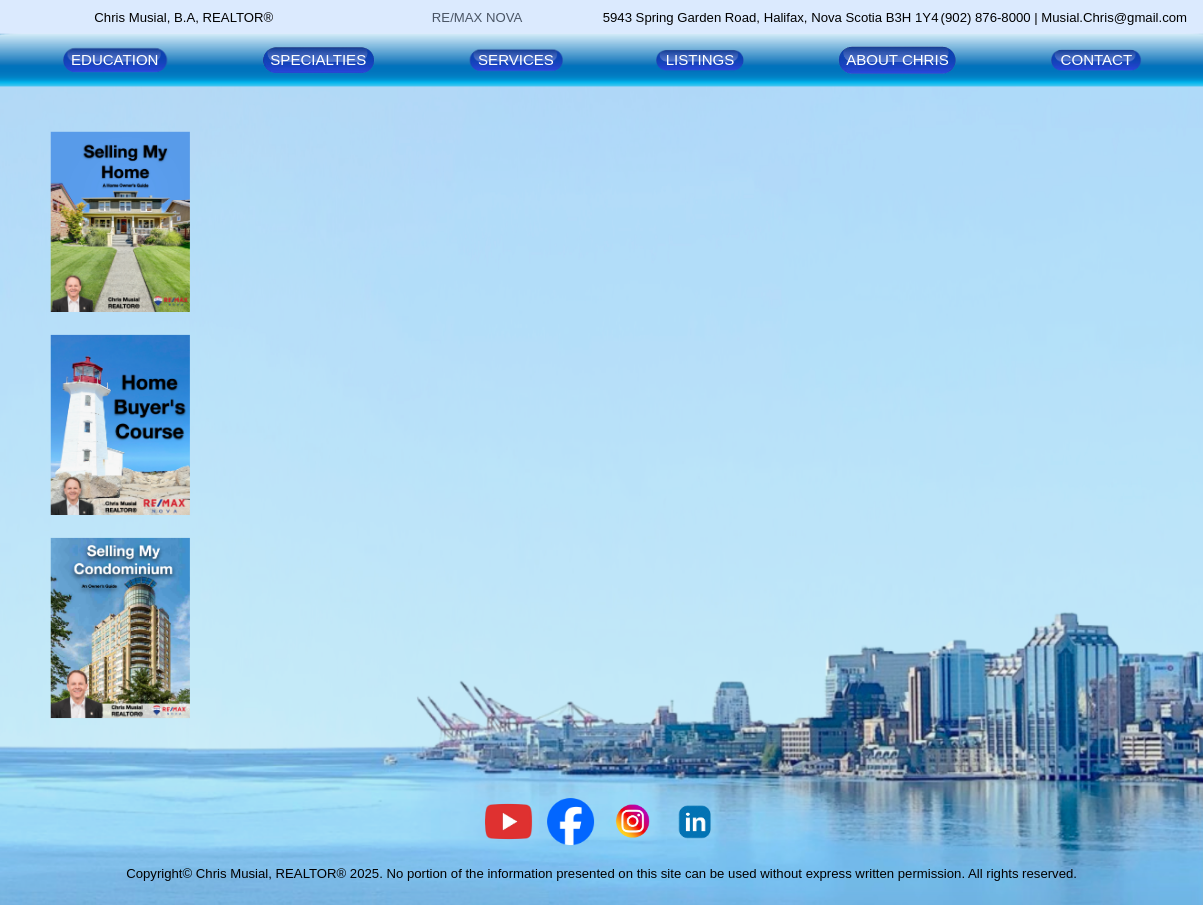
Repository: TMuse333/father-website
Page: / (app in frontend/)
The author's editor kept a copy of each file at every save. The page is drawn from the files as they stood at one save, then again after the next save.
The browser window is 1280 px wide. The pictures show the whole page, at 94% of full size.
The project was rebuilt for these pictures with package versions that can differ from the ones it lists, and the page was loaded fresh each time. The framework's server and built-in components were replaced by stand-ins that run in the browser. Also part of the build but not shown: frontend/next.config.ts.

Above is the page before, as saved 2025-05-24 15:58:56.

### frontend/src/app/page.tsx
import { Metadata } from "next";



import Homepage from "@/components/homepage/homepage";

export const metadata: Metadata = {
  title: "Chris Musial | Halifax Real Estate Agent",
  description:
    "Chris Musial is a dedicated RE/MAX Nova real estate agent in Halifax, Nova Scotia, offering personalized services for buying, selling, and investing in properties.",
  keywords: [
    "Chris Musial",
    "Halifax real estate agent",
    "Real estate Halifax Nova Scotia",
    "RE/MAX Nova agent",
    "Halifax property services",
  ],
  openGraph: {
    title: "Chris Musial | Halifax Real Estate Agent",
    description:
      "Explore professional real estate services with Chris Musial at RE/MAX Nova in Halifax, Nova Scotia, for all your property needs.",
    url: "https://www.ChrisMusial.realtor",
    images: [
      {
        url: "https://www.ChrisMusial.realtor/father-header.png",
        width: 1200,
        height: 630,
        alt: "Chris Musial | RE/MAX Nova Real Estate Agent Halifax",
      },
    ],
    type: "website",
    locale: "en_US",
    siteName: "Chris Musial | Halifax Real Estate Agent",
  },
  icons: {
    icon: ["/favicon.ico?v=4"],
  },
};

export default function Home() {






  return (
<Homepage/>
  );
}

### frontend/src/components/homepage/homepage.tsx
"use client";

import Image from "next/image";


import { motion } from "framer-motion";

import Navbar from "@/components/navbar/navbar";
import Link from "next/link";
const Homepage = () => {




  const socialMedia = [
    {
      name: "YouTube",
      url: "https://www.youtube.com/@ChrisMusialMarketingDirector",
      image: "/YouTube.png",
    },
    {
      name: "Facebook",
      url: "https://www.facebook.com/Musial.Chris/",
      image: "/facebook.png",
    },
    {
      name: "Instagram",
      url: "https://www.instagram.com/chris_musial_real_estate/",
      image: "/instagram-logo.png",
    },
    {
      name: "LinkedIn",
      url: "https://www.linkedin.com/in/musialchris/?originalSubdomain=ca",
      image: "/linkedin-logo.png",
    },
  ];

  return (
    <div className="min-h-screen bg-gray-100 text-black flex flex-col relative">
      {/* Background Image */}
      <Image
        src="/portrait.png"
        alt="Cityscape Background"
        fill
        className="object-cover z-0"
        priority
        style={{ objectPosition: "0 100%" }}
      />

      {/* Header Section */}
      <header className="relative z-10 bg-white">
        <div className="relative w-screen h-[] ">
          <Image
            src="/father-header.webp"
            alt="Chris Musial Realtor"
            fill
            className="object-contain
            mx-auto w-screen"
            priority
          />
          {/* <div className=" absolute left-1/2 -translate-x-1/2
          top-1/2 flex flex-col">
             <h1 className="text-2xl font-bold text-black text-center  flex items-center justify-center z-[2]">
            Chris Musial
            <br/>REALTOR
          </h1> */}

          {/* <Image
          width={600}
          height={1300}
          src="/signature.png"
          alt='Chris musial signature'
          className="object-cover
          w-[40vw] max-w-[200px] mx-auto

         "
          />
          </div> */}


        </div>
        <div className="w-screen mx-auto flex flex-col sm:flex-row justify-between items-center bg-white shadow
       bg-blue-200">
          <div className="flex flex-col
          py-2  bg-blue-100 md:flex-row justify-between items-center w-full px-4 text-center
          max-w-[2000px]">
            <div className="flex flex-col md:flex-row text-xs md:text-sm md:w-1/2 justify-around mb-4 md:mb-0">
              <p>Chris Musial, B.A, REALTOR®</p>
              <p className="text-gray-600">RE/MAX NOVA</p>
            </div>
            <div className="flex flex-col md:flex-row text-xs md:text-sm md:w-1/2 justify-around">
              <p>5943 Spring Garden Road, Halifax, Nova Scotia B3H 1Y4</p>
              <p>(902) 876-8000 | Musial.Chris@gmail.com</p>
            </div>
          </div>
        </div>
      </header>

      {/* Navigation Section */}
     <Navbar
     excludedLink="Home"
     />


      {/* Brochure Section */}
      <section className="py-12 px-0 relative z-10">
      {/* <h2 className="text-3xl font-bold text-black mb-8 pl-4 md:pl-8">Resources</h2> */}
      <div className="flex flex-col gap-6 w-full md:w-48 ml-0 pl-4 md:pl-8">
        {[
          { src: "/home.png", alt: "Home Buyer's Course",
        link:'/SellingMyHome' },
          { src: "/buyer.png", alt: "Selling My Home",
          link:'/HomeBuyersCourse' },
          { src: "/condo.png", alt: "Selling My Condominium",
          link:'/SellingMyCondo' },
        ].map((item, index) => (
          <motion.div
            key={item.alt}
            className="relative w-48 h-48
            hover:scale-[1.1] transition-transform"
            initial={{ opacity: 0, x: -20 }}
            animate={{ opacity: 1, x: 0 }}
            transition={{ duration: 0.5, delay: index * 0.2 }}
          >
            <Link href={item.link}>


            <Image
              src={item.src}
              alt={item.alt}
              fill
              className="object-contain rounded-lg"
            />
            </Link>
          </motion.div>
        ))}
      </div>
    </section>

      {/* Contact Section */}
      {/* <section className="max-w-7xl mx-auto py-12 px-4 relative z-10">
        <h2 className="text-3xl font-bold text-black mb-8">Contact Me</h2>
        <p className="pr-10 w-full text-lg text-gray-700 mb-8">
          Fill out this form with your project details, and we’ll respond promptly
          to discuss elevating your online presence and taking your business{" "}
          <span className="font-semibold">to the next level.</span>
        </p>
        <form className="max-w-lg">
          <input
            type="text"
            placeholder="Your Name"
            className="w-full p-3 mb-4 border rounded"
          />
          <input
            type="email"
            placeholder="Your Email"
            className="w-full p-3 mb-4 border rounded"
          />
          <textarea
            placeholder="Your Project Details"
            className="w-full p-3 mb-4 border rounded"
          ></textarea>
          <button
            type="submit"
            className="bg-blue-600 text-white p-3 rounded hover:bg-blue-700"
          >
            Submit
          </button>
        </form>
      </section> */}

      {/* Footer Section */}
      <footer className="py-6 relative z-10 text-black
        ">
        <div className="max-w-7xl mx-auto px-4 flex flex-col items-center">
        <div className="flex space-x-4 mb-2">
            {socialMedia.map((platform) => (
              <a
                key={platform.name}
                href={platform.url}
                target="_blank"
                rel="noopener noreferrer"
                className="hover:scale-[1.1] transition-all"
              >
                <Image
                  src={platform.image}
                  alt={`${platform.name} Logo`}
                  width={32}
                  height={32}

                  className={` transition-transform duration-300 object-contain ${
                    platform.name === "instagram" ? "w-[100px] h-[100px] scale-[2] hover:scale-[2.5]" : "w-[50px] hover:scale-110 h-[75px]"
                  }`}
                />
              </a>
            ))}
          </div>
          <p className="text-sm text-center">
            Copyright© Chris Musial, REALTOR® 2025. No portion of the information
            presented on this site can be used without express written permission.
            All rights reserved.
          </p>
        </div>
      </footer>
    </div>
  );
}

export default Homepage

### frontend/src/components/navbar/navbar.tsx

"use client";

import React, { useState } from "react";
import { Menu, X } from "lucide-react";
import Link from 'next/link'

interface NavbarProps {
  excludedLink?: string;
}

const Navbar: React.FC<NavbarProps> = ({ excludedLink }) => {
  const [isMenuOpen, setIsMenuOpen] = useState(false);

  const toggleMenu = () => {
    setIsMenuOpen(!isMenuOpen);
  };

  const navItems = [
    { name: "Home", href: "/" },
    { name: "Education", href: "#education" },
    { name: "Specialties", href: "#specialties" },
    { name: "Services", href: "#services" },
    { name: "Listings", href: "#listings" },
    { name: "About Chris", href: "#about-chris" },
    { name: "Contact", href: "/contact" },
  ];

  const filteredNavItems = excludedLink
    ? navItems.filter(
        (item) => item.name.toLowerCase() !== excludedLink.toLowerCase()
      )
    : navItems;

  return (
    <nav
      className="text-white p-2 relative z-10"
      style={{
        backgroundImage: "url('/container.png')",
        backgroundSize: "cover",
        backgroundPosition: "center",
      }}
    >
      <div className="max-w-7xl mx-auto px-4">
        <div className="flex justify-between items-center md:hidden">
          <button onClick={toggleMenu} className="p-2 focus:outline-none">
            {isMenuOpen ? <X size={24} /> : <Menu size={24} />}
          </button>
        </div>
        <div
          className={`${
            isMenuOpen ? "flex" : "hidden"
          } md:flex flex-col md:flex-row md:justify-around md:space-x-4 space-y-2 md:space-y-0 py-2 md:py-0 transition-all duration-300 ease-in-out`}
        >
          {filteredNavItems.map((item) => (
            <Link
              key={item.name}
              href={item.href}
              className="px-4 py-2 rounded hover:scale-[1.15] text-center transition-all"
              style={{
                backgroundImage: "url('/button-bg.png')",
                backgroundSize: "cover",
                backgroundPosition: "center",
              }}
              onClick={() => setIsMenuOpen(false)}
            >
              {item.name.toUpperCase()}
            </Link>
          ))}
        </div>
      </div>
    </nav>
  );
};

export default Navbar;

Loaded but not shown: frontend/src/app/layout.tsx (common file); frontend/src/app/globals.css (common file)

After the next save:
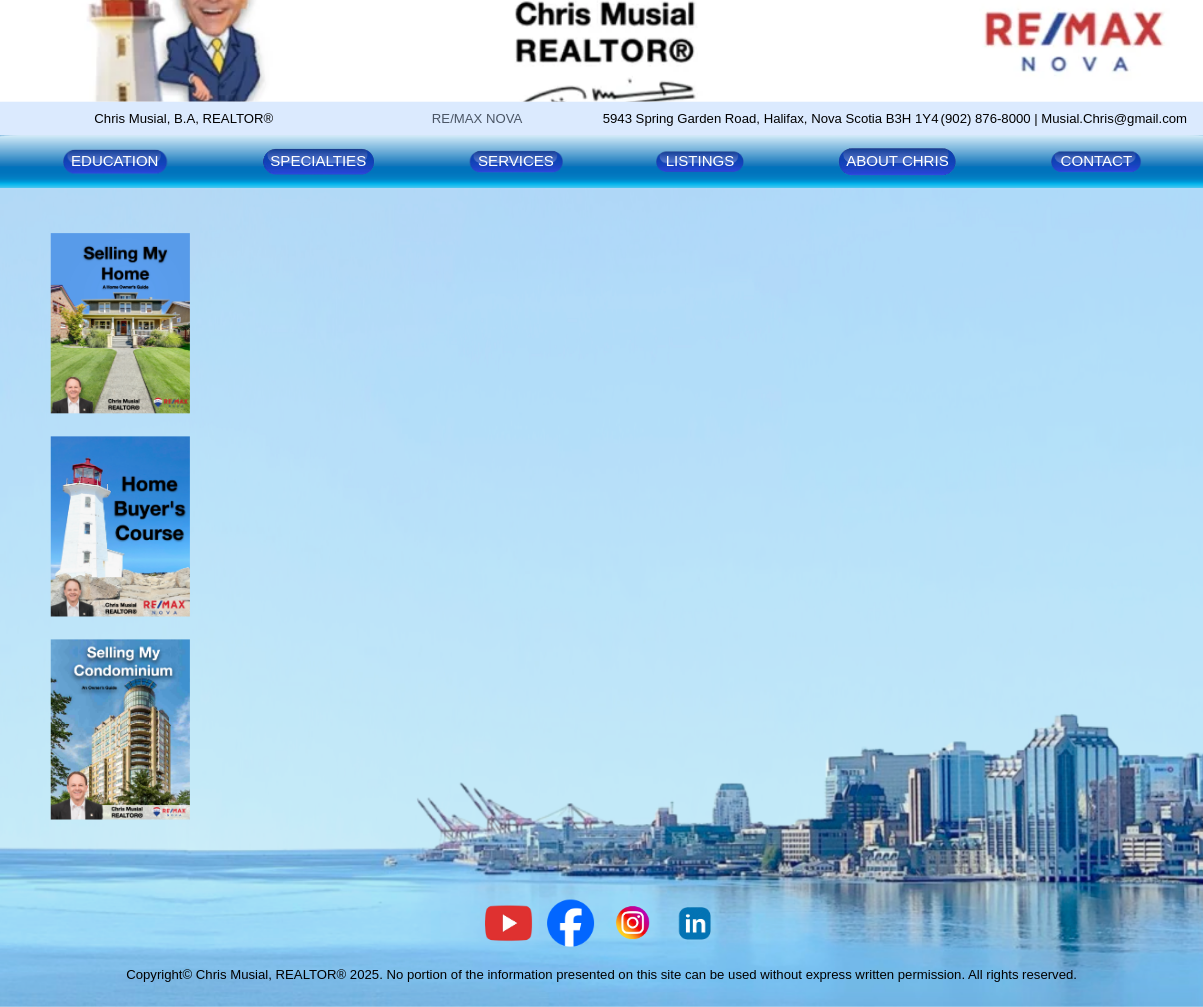
Saved 5 s later.
--- a/frontend/src/components/homepage/homepage.tsx
+++ b/frontend/src/components/homepage/homepage.tsx
@@ -49,12 +49,12 @@
 
       {/* Header Section */}
       <header className="relative z-10 bg-white">
-        <div className="relative w-screen h-[] ">
+        <div className="relative w-screen h-[15vh] max-h-[150px]">
           <Image
             src="/father-header.webp"
             alt="Chris Musial Realtor"
             fill
-            className="object-contain
+            className="object-cover
             mx-auto w-screen"
             priority
           />
